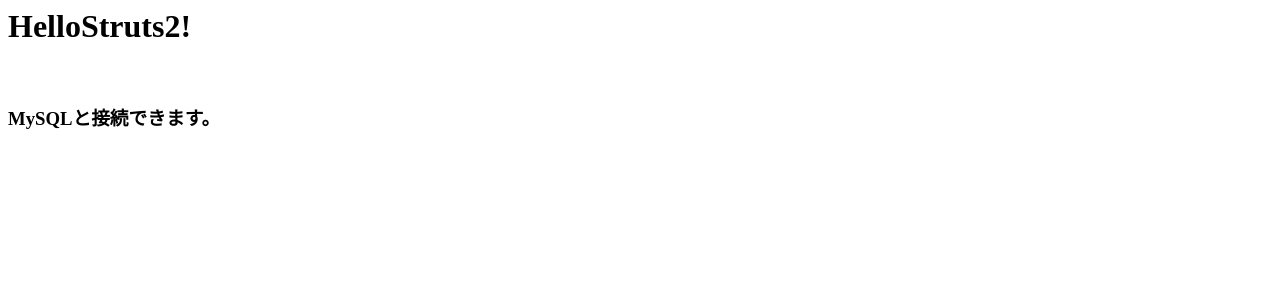
Repository: naoshima1109/test
Page: http://localhost/WebProj2/hello.jsp
An editor plug-in stored every save of this project. The page is shown before and after the next save, followed by the edit.
The browser window is 1280 px wide. The pictures show the whole page.
The page is served by Tomcat 9.

Above is the page before, as saved 2019-05-09 06:42:52.

After the next save:
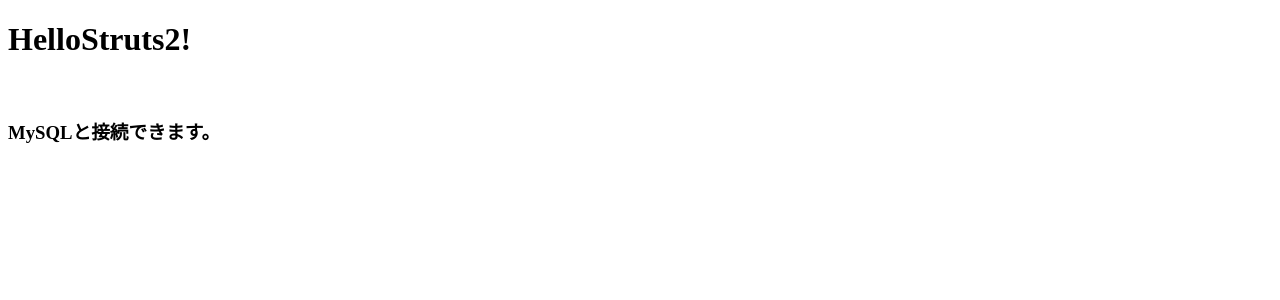
Saved 3 min 44 s later.
--- a/WebProj2/WebContent/hello.jsp
+++ b/WebProj2/WebContent/hello.jsp
@@ -1,7 +1,7 @@
 <%@ page language="java" contentType="text/html; charset=UTF-8"
     pageEncoding="UTF-8"%>
 <%@ taglib prefix="s" uri="/struts-tags" %>
-<!DOCTYPE">
+<!DOCTYPE html>
 <html>
 <head>
 <meta charset=UTF-8">
